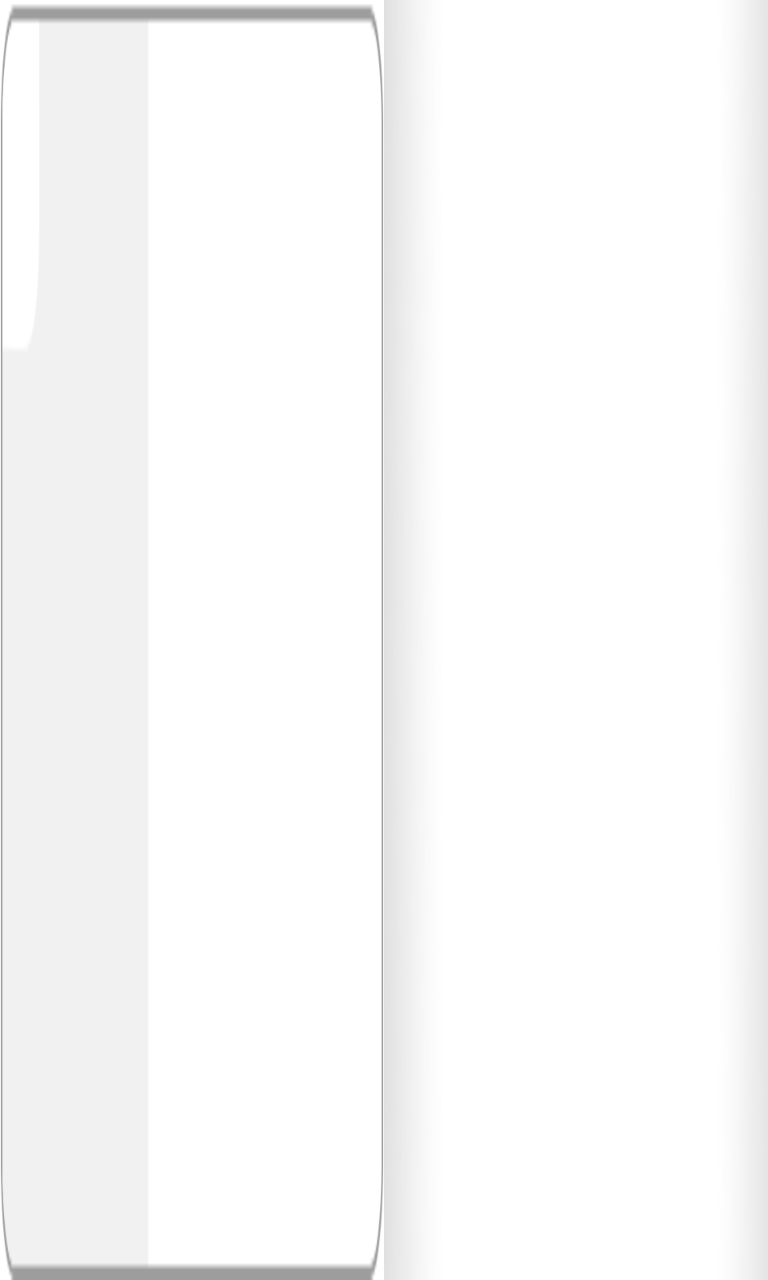
Repository: dokwon/mingle_final_client
Layout: mingle/res/layout/vote_row.xml
These files come from the project's save history. The layout is drawn as it stood at one moment and after the next save; the edit follows.
It is drawn on a 768 x 1280 px phone screen (xhdpi) without system bars, with theme WhiteTheme; the app's code is not run.

Above is the layout before, as saved 2014-08-05 09:46:32.

### mingle/res/layout/vote_row.xml
<?xml version="1.0" encoding="utf-8"?>
<LinearLayout xmlns:android="http://schemas.android.com/apk/res/android"
    android:layout_width="match_parent"
    android:layout_height="match_parent"
    android:orientation="horizontal" >


    <LinearLayout android:layout_weight="1" android:layout_height="fill_parent" android:layout_width="fill_parent">
        <RelativeLayout
            android:orientation="vertical"
            android:id="@+id/female_vote_rl"
            android:background="@drawable/vote_profile"
            android:tag="front"

            style="@style/MyListFrontContent">
		    	<ImageView
		                style="@style/ChatRoomImage"
		                android:id="@+id/top_female_image"/>
		    	<ImageView
		                style="@style/ChatRoomRank"
		                android:id="@+id/top_female_rank"/>

		        <TextView
		                android:layout_width="fill_parent"
		                android:layout_height="wrap_content"
		                android:layout_toRightOf="@id/top_female_image"
		                style="@style/MyListTitle"
		                android:id="@+id/top_female_name"/>
        </RelativeLayout>
    </LinearLayout>
    <LinearLayout android:layout_weight="1" android:layout_height="fill_parent" android:layout_width="fill_parent">
        <RelativeLayout
            android:orientation="vertical"
            android:id="@+id/male_vote_rl"
            android:tag="front"
            style="@style/MyListFrontContent">
        			<ImageView
              			  style="@style/ChatRoomImage"
              			  android:id="@+id/top_male_image"/>
        			<ImageView
		                style="@style/ChatRoomRank"
		                android:id="@+id/top_male_rank"/>

			        <TextView
			                android:layout_width="fill_parent"
			                android:layout_height="wrap_content"
			                android:layout_toRightOf="@id/top_male_image"
			                style="@style/MyListTitle"
			                android:id="@+id/top_male_name"/>
        </RelativeLayout>
    </LinearLayout>

</LinearLayout>

### mingle/res/values/styles.xml
<resources>


    <style name="WhiteTheme" parent="@android:style/Theme.Holo.Light">
        <item name="android:actionBarStyle">@style/MyActionBar</item>
    </style>

    <style name="MyActionBar" parent="@android:style/Widget.Holo.Light.ActionBar">
        <item name="android:background">#FFFFFF</item>
    </style>


    <!--
        Base application theme, dependent on API level. This theme is replaced
        by AppBaseTheme from res/values-vXX/styles.xml on newer devices.
    -->
    <style name="AppBaseTheme" parent="android:Theme.Light">
        <!--
            Theme customizations available in newer API levels can go in
            res/values-vXX/styles.xml, while customizations related to
            backward-compatibility can go here.
        -->
    </style>

    <!-- Application theme. -->
    <style name="AppTheme" parent="AppBaseTheme">
        <!-- All customizations that are NOT specific to a particular API-level can go here. -->
    </style>

    <!--  Title Bar Theme -->
    <style name="ProfileTheme" parent="android:Theme.Light">
        <item name="android:windowTitleSize">@dimen/title_bar_height</item>
        <item name="android:windowTitleBackgroundStyle">@style/WindowTitleBackground</item>
	</style>



    <!--  Chat Room Theme -->
	<style name="ChatRoomTheme" parent="android:Theme.Light">
        <item name="android:windowTitleSize">50dp</item>
        <item name="android:windowTitleBackgroundStyle">@style/WindowTitleBackground</item>
	</style>

	<!--  Photo View Theme -->
	<style name="PictureViewTheme">

    	<item name="android:background">#FFEAEAEA</item>
	</style>

    <style name="WindowTitleBackground">
        <item name="android:background">@color/titlebackgroundcolor</item>
    </style>

    <!--  Swipe list view theme -->
	<style name="MyListBackContent">
       <item name="android:layout_width">fill_parent</item>
       <item name="android:layout_height">fill_parent</item>
       <item name="android:background">@drawable/background_back</item>
       <item name="android:gravity">right</item>
   </style>

   <style name="MyListFrontContent">
       <item name="android:layout_width">fill_parent</item>
       <item name="android:layout_height">fill_parent</item>
       <item name="android:background">@drawable/background_front</item>
       <item name="android:padding">8dp</item>
   </style>

     <style name="MyListButtonAction">
       <item name="android:layout_margin">5dp</item>
         <item name="android:layout_width">80dp</item>
       <item name="android:layout_height">30dp</item>

   </style>

     <style name="UserListImage">
       <item name="android:layout_width">180dp</item>
       <item name="android:layout_height">180dp</item>
       <item name="android:scaleGravity">fill</item>
       <item name="android:layout_marginRight">8dp</item>
   </style>

     <style name="ChatRoomImage">
       <item name="android:layout_width">67dp</item>
       <item name="android:layout_height">67dp</item>
       <item name="android:scaleGravity">fill</item>
       <item name="android:layout_marginRight">8dp</item>
   </style>

   <style name="MyListTitle">
       <item name="android:paddingBottom">8dp</item>
       <item name="android:textSize">17sp</item>
       <item name="android:textStyle">bold</item>
       <item name="android:maxLines">2</item>
       <item name="android:ellipsize">end</item>
   </style>
   <style name="ChatRoomRank">
       <item name="android:layout_alignParentTop">true</item>
       <item name="android:layout_alignParentLeft">true</item>
       <item name="android:layout_marginTop">1dp</item>
       <item name="android:layout_marginLeft">1dp</item>
       <item name="android:layout_width">10dp</item>
       <item name="android:layout_height">10dp</item>
   </style>

</resources>

After the next save:
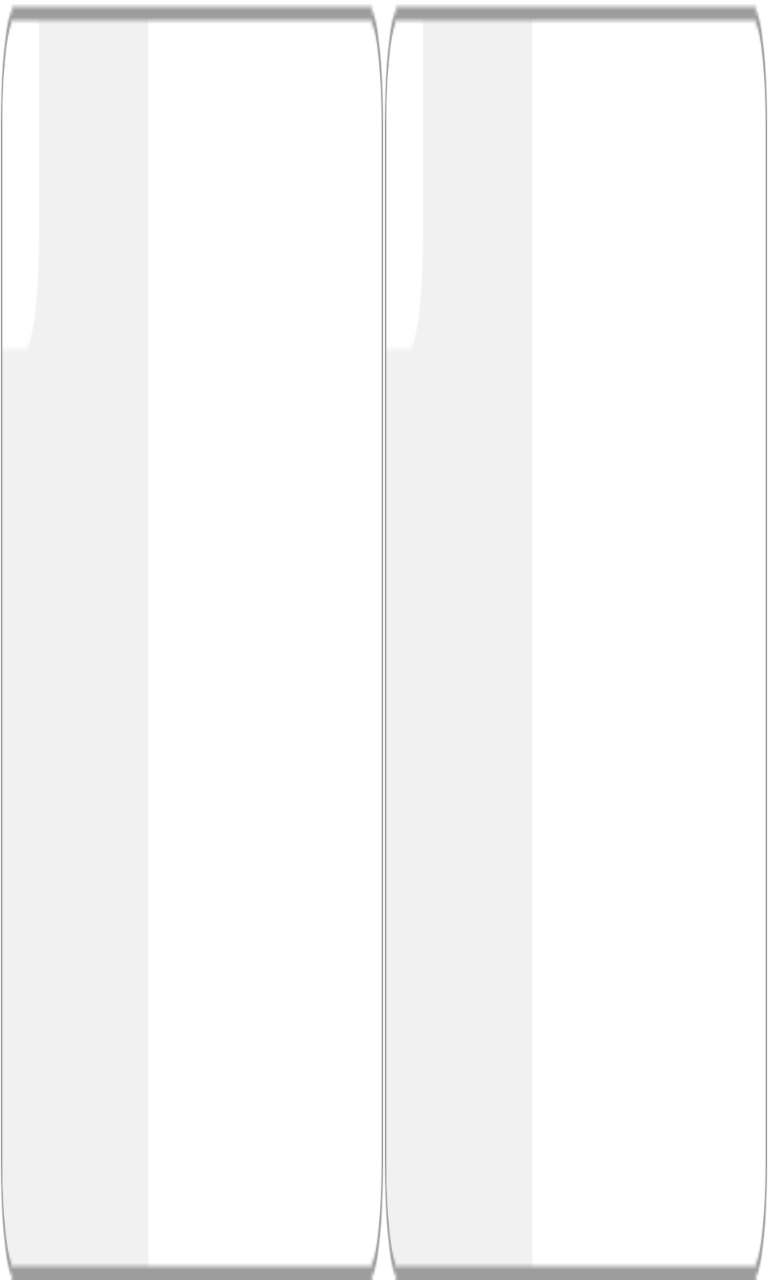
Saved 72 s later.
--- a/mingle/res/layout/vote_row.xml
+++ b/mingle/res/layout/vote_row.xml
@@ -14,11 +14,12 @@
 
             style="@style/MyListFrontContent">
 		    	<ImageView
+		                style="@style/ChatRoomRank"
+		                android:id="@+id/top_female_rank"/>
+		    	<ImageView
 		                style="@style/ChatRoomImage"
 		                android:id="@+id/top_female_image"/>
-		    	<ImageView
-		                style="@style/ChatRoomRank"
-		                android:id="@+id/top_female_rank"/>
+
 
 		        <TextView
 		                android:layout_width="fill_parent"
@@ -32,14 +33,16 @@
         <RelativeLayout
             android:orientation="vertical"
             android:id="@+id/male_vote_rl"
+            android:background="@drawable/vote_profile"
             android:tag="front"
             style="@style/MyListFrontContent">
         			<ImageView
+		                style="@style/ChatRoomRank"
+		                android:id="@+id/top_male_rank"/>
+        			<ImageView
               			  style="@style/ChatRoomImage"
               			  android:id="@+id/top_male_image"/>
-        			<ImageView
-		                style="@style/ChatRoomRank"
-		                android:id="@+id/top_male_rank"/>
+
 
 			        <TextView
 			                android:layout_width="fill_parent"
